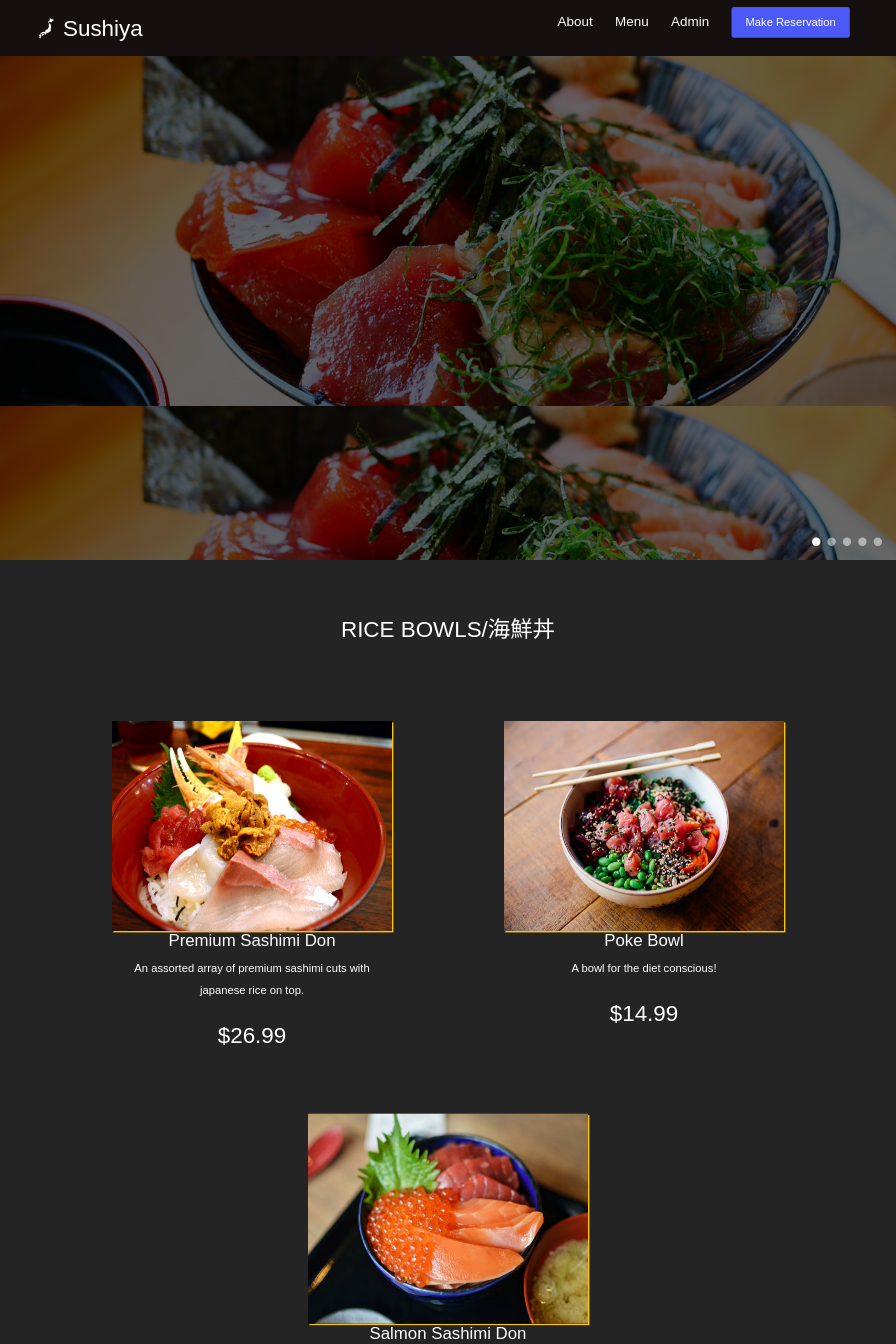
Repository: RuiXiong2211/Sushiroe
Page: /Menu
The author's editor kept a copy of each file at every save. The page is drawn from the files as they stood at one save, then again after the next save.
The browser window is 1280 px wide. The pictures show the part of the page from y = 0 to 1920 px (the page is 5128 px tall), at 70% of full size.
Pictures or frames that could not be fetched are drawn as grey boxes. The page's requests for data from a server got no answer. The project was rebuilt for these pictures with package versions that can differ from the ones it lists, and the page was loaded fresh each time. No one was signed in, and anything a server would have sent is missing. Also part of the build but not shown: src/components/InfoSection/InfoSection.elements.js, src/components/InfoSection/InfoSection.js, src/components/AdminDashboard/ResItem.elements.js, src/components/AdminDashboard/ResvItem.js, src/components/Reservation/Reservation.elements.js, src/components/AdminDashboard/EditFormElements.js, src/components/AdminDashboard/EditForm.js, src/components/AdminDashboard/AdminDashboard.elements.js and 8 more.

Above is the page before, as saved 2021-07-30 12:34:14.

### src/App.js
import { React, useEffect } from "react";
import "bootstrap/dist/css/bootstrap.min.css";
import { BrowserRouter as Router, Switch, Route } from "react-router-dom";
import { Navbar, Footer } from "./components";
import ScrollToTop from "./components/ScrollToTop";
import GlobalStyle from "./globalStyles";
import Home from "./pages/HomePage/Home";
import Menu from "./pages/Menu/Menu";
import Reservation from "./pages/Reservation/ReservationPage";
import Admin from "./pages/AdminDashboard/Dashboard";
import { useStore } from "./services/reservations";

function App() {
  const getAllReservation = useStore((state) => state.getReservations);
  const reservations = useStore((state) => state.reservations);

  useEffect(() => {
    getAllReservation();
  }, [getAllReservation]);

  useEffect(() => {
    console.log(reservations);
  }, [reservations]);

  return (
    <Router>
      <GlobalStyle />
      <ScrollToTop />
      <Navbar />
      <Switch>
        <Route path="/" exact component={Home} />
        <Route path="/Menu" exact component={Menu} />
        <Route path="/Reservation" render={(props) => <Reservation {...props} reservations={reservations} />} />
        <Route path="/Admin" render={(props) => <Admin {...props} reservations={reservations} />} />
      </Switch>
      <Footer />
    </Router>
  );
}

export default App;

### src/components/index.js
export { default as Navbar } from './Navbar/Navbar.js'
export { default as Footer } from './Footer/Footer.js'
export { default as InfoSection } from './InfoSection/InfoSection.js'
export { default as ImageSlider } from './ImageSlider/ImageSlider.js'
export { default as ProductSection } from './ProductSection/ProductSection.js'
export { default as AdminDashboard } from './AdminDashboard/AdminDashboard.js'

### src/components/ScrollToTop.js
import { useEffect } from 'react'
import { useLocation } from 'react-router-dom'

export default function ScrollToTop() {
    const { pathname } = useLocation()
    useEffect(() => {
        window.scrollTo(0, 0);
    },
    [pathname]
    )

    return null
}

### src/globalStyles.js
import styled, {createGlobalStyle} from 'styled-components'

const GlobalStyle = createGlobalStyle`
* {
    box-sizing: border-box;
    margin: 0;
    padding: 0;
    font-family: 'Source Sans Pro', sans-serif
}
`;

export const Container = styled.div`
    z-index: 1;
    width: 100%;
    max-width: 1300px;
    margin-right: auto;
    margin-left: auto;
    padding-right: 50px;
    padding-left: 50px;

    @media screen and (max-width: 991px) {
        padding-right: 30px;
        padding-left: 30px;
    }
`
export const Button = styled.button`
    border-radius: 4px;
    background: ${({primary}) => (primary ? '#4B59F7' : '#0467FB')};
    white-space: nowrap;
    padding: ${({big}) => (big ? '12px 64px' : '10px 20px')};
    color: #fff;
    font-size: ${({fontBig}) => (fontBig ? '20px' : '16px')};
    outline: none;
    border: none;
    cursor: pointer;

    &:hover {
        transition: all 0.3s ease-out;
        background: #fff;
        background: ${({primary}) => (primary ? '#0467FB' : '#4B59F7')};
    }

    @media screen and (max-width: 960px) {
        width: 100%;
    }
 `

export default GlobalStyle

### src/pages/Menu/Menu.js
import React from "react";
import { ImageSlider, ProductSection } from "../../components";
import {
  sliderData,
  productData,
  sushiData,
  drinksData,
} from "../../data/menu/Data";

const Menu = () => {
  return (
    <>
      <ImageSlider images={sliderData} />
      <ProductSection heading="RICE BOWLS/海鮮丼" data={productData} />
      <ProductSection heading="SUSHI/お寿司" data={sushiData} />
      <ProductSection heading="飲み物/DRINKS" data={drinksData} />
    </>
  );
};

export default Menu;

### src/services/reservations.js
import axios from "axios";
import emailjs from "emailjs-com";
import create from "zustand";

const baseUrl = "http://localhost:4000/app/reservation";

export const useStore = create((set) => ({
  reservations: [],
  getReservations: async () => {
    const response = await axios.get(baseUrl);
    set({ reservations: await response.data });
  },
  addReservation: (reservation) => {
    set((state) => ({
      reservations: [...state.reservations, { ...reservation }],
    }));
  },
  removeReservation: (id) => {
    set((state) => ({
      reservations: state.reservations.filter(
        (reservation) => id !== reservation.id
      ),
    }));
  },
  editReservation: (id, updatedReservation) => {
    set((state) => ({
      reservations: state.reservations.map((reservation) =>
        id === reservation.id ? updatedReservation : reservation
      ),
    }));
  },
}));

// export const createNewReservation = (reservation) => {
//   axios
//     .post(baseUrl, reservation)
//     .then((response) => console.log(response.data));
// };

export const createNewReservation = async (reservation) => {
  const response = await axios.post(baseUrl, reservation);
  return await response.data.id;
};

export const updateReservation = (id, reservation) => {
  axios.patch(`${baseUrl}/${id}`, reservation);
  //.then((response) => console.log(response.data));
};

export const sendConfirmationEmail = (emailParams) => {
  emailjs.send(
    "service_zzhbm1s",
    "template_yot0ajf",
    emailParams,
    "user_Rb1siOwIIlMA7ruNlgeYh"
  );
};

export const getReservations = async () => {
  const request = await axios.get(baseUrl);
  return request;
};

export const deleteReservation = async (id) => {
  await axios.delete(`${baseUrl}/${id}`);
};

getReservations().then((reservation) =>
  useStore.setState((state) => ({
    ...state,
    reservation,
  }))
);

### src/components/Navbar/Navbar.js
import React, { useState, useEffect } from "react";
import { Button } from '../../globalStyles';
import {
  Nav,
  NavbarContainer,
  NavLogo,
  NavIcon,
  MobileIcon,
  MobileIconButton,
  NavMenu,
  NavItem,
  NavLinks,
  NavItemBtn,
  NavBtnLink,
} from "./Navbar.elements";

const Navbar = () => {

  const [click, setClick] = useState(false)
  const [button, setButton] = useState(true)

  const handleClick = () => setClick(!click)
  const showButton = () => {
      if (window.innerWidth <= 960) {
          setButton(false)
      } else {
        setButton(true)

      }
  }

  useEffect(() => {
      showButton()
  }, [])

  window.addEventListener('resize', showButton);


  return (
    <>
      <Nav>
        <NavbarContainer>
          <NavLogo to="/">
            <NavIcon />
            Sushiya
          </NavLogo>
          <MobileIcon onClick={handleClick}>
            <MobileIconButton click={click} />
          </MobileIcon>
          <NavMenu onClick={handleClick} click={click}>
              <NavItem>
                  <NavLinks to='/'>
                      About
                  </NavLinks>
              </NavItem>
              <NavItem>
                  <NavLinks to='/Menu'>
                      Menu
                  </NavLinks>
              </NavItem>
              <NavItem>
                  <NavLinks to='/Admin'>
                      Admin
                  </NavLinks>
              </NavItem>
              <NavItemBtn>
                {button ? (
                  <NavBtnLink to='/Reservation'>
                    <Button primary>
                      Make Reservation
                      </Button>
                  </NavBtnLink>
                ) : (
                  <NavBtnLink to='/Reservation'>
                    <Button fontBig primary>
                      Make Reservation
                    </Button>
                  </NavBtnLink>
                )}
              </NavItemBtn>
          </NavMenu>
        </NavbarContainer>
      </Nav>
    </>
  );
};

export default Navbar;

### src/components/Footer/Footer.js
import React from "react";

import {
  FaFacebook,
  FaInstagram,
  FaYoutube,
  FaTwitter,
  FaLinkedin,
} from "react-icons/fa";

import {
  FooterContainer,
  SocialMedia,
  SocialMediaWrap,
  SocialLogo,
  SocialIcon,
  WebsiteRights,
  SocialIcons,
  SocialIconLink,
  ContactUs,
} from "./Footer.elements";

function Footer() {
  return (
    <FooterContainer>
      <SocialMedia>
        <SocialMediaWrap>
          <SocialLogo to="/">
            <SocialIcon />
            Sushiya
          </SocialLogo>
          <WebsiteRights>Sushiya © 2021</WebsiteRights>
          <SocialIcons>
            <SocialIconLink href="/" target="_blank" aria-label="Facebook">
              <FaFacebook />
            </SocialIconLink>
            <SocialIconLink href="/" target="_blank" aria-label="Instagram">
              <FaInstagram />
            </SocialIconLink>
            <SocialIconLink
              href=
                "https:youtube.com/"
              rel="noopener noreferrer"
              target="_blank"
              aria-label="Youtube"
            >
              <FaYoutube />
            </SocialIconLink>
            <SocialIconLink href="/" target="_blank" aria-label="Twitter">
              <FaTwitter />
            </SocialIconLink>
            <SocialIconLink href="/" target="_blank" aria-label="LinkedIn">
              <FaLinkedin />
            </SocialIconLink>
          </SocialIcons>
          <ContactUs>
          <strong>Opening Hours: </strong>
          Monday - Sunday,
          12:00 - 22:00
          <br/>
          <strong>Phone: </strong>
          (+65) 90122513
          <br/>
          <strong>Address: </strong>
          3 Jalan Mata Ayer, 759150
      </ContactUs>
        </SocialMediaWrap>
      </SocialMedia>
    </FooterContainer>
  );
}

export default Footer;

### src/components/ImageSlider/ImageSlider.js
import React, { useState, useEffect } from "react";
import {
  Wrapper,
  Slide,
  Gradient,
  ChildrenWrapper,
  IndicatorWrapper,
  Dot,
} from "./ImageSlider.elements";

const ImageSlider = ({
  images = [],
  autoPlay = true,
  autoPlayTime = 7000,
  children,
  ...props
}) => {
  const [currentSlide, setCurrentSlide] = useState(0);

  function nextSlide(slideIndex = currentSlide + 1) {
    const newSlideIndex = slideIndex >= images.length ? 0 : slideIndex;

    setCurrentSlide(newSlideIndex);
  }

  useEffect(() => {
    const timer = setTimeout(() => {
      nextSlide();
    }, autoPlayTime);

    return () => clearTimeout(timer);
  }, [currentSlide]);

  return (
    <Wrapper {...props}>
      {images.map((imageUrl, index) => (
        <Slide
          key={index}
          style={{
            backgroundImage: `url(${imageUrl.img})`,
            marginLeft: index === 0 ? `-${currentSlide * 100}%` : undefined,
          }}
        ></Slide>
      ))}
      <Gradient />
      <Indicator
        currentSlide={currentSlide}
        amountSlides={images.length}
        nextSlide={nextSlide}
      />
      <ChildrenWrapper>{children}</ChildrenWrapper>
    </Wrapper>
  );
};

const Indicator = ({ currentSlide, amountSlides, nextSlide }) => {
  return (
    <IndicatorWrapper>
      {Array(amountSlides)
        .fill(1)
        .map((_, i) => (
          <Dot
            key={i}
            isActive={currentSlide === i}
            onClick={() => nextSlide(i)}
          />
        ))}
    </IndicatorWrapper>
  );
};

export default ImageSlider;

### src/components/ProductSection/ProductSection.js
import React from 'react'
import {
    ProductsContainer,
    ProductWrapper,
    ProductsHeading,
    ProductTitle,
    ProductCard,
    ProductImg,
    ProductInfo,
    ProductDesc,
    ProductPrice,
} from './ProductSection.elements.js'

const ProductSection = ({heading, data}) => {
    return (
        <>
            <ProductsContainer>
            <ProductsHeading>{heading}</ProductsHeading>
            <ProductWrapper>
                {data.map((product, index) => {
                    return (
                        <ProductCard key={index}>
                            <ProductImg src={product.img} alt={product.alt} />
                            <ProductInfo>
                                <ProductTitle>{product.name}</ProductTitle>
                                <ProductDesc>{product.desc}</ProductDesc>
                                <ProductPrice>{product.price}</ProductPrice>
                            </ProductInfo>
                        </ProductCard>
                    )
                })}
            </ProductWrapper>
        </ProductsContainer>
        </>
    )
}

export default ProductSection

### src/components/Navbar/Navbar.elements.js
import styled from 'styled-components'
import { Container } from '../../globalStyles'
import { Link } from 'react-router-dom'
import { FaTimes, FaBars } from 'react-icons/fa'
import { GiJapan } from 'react-icons/gi'

export const Nav = styled.nav`
    background: #150f0f;
    height: 80px;
    display: flex;
    justify-content: center;
    align-items: center;
    font-size: 1.2rem;
    position: sticky;
    top: 0;
    z-index: 999;
`;

export const NavbarContainer = styled(Container)`
    display: flex;
    justify-content: space-between;
    height: 80px;

    ${Container}
`;

export const NavLogo = styled(Link)`
    color: #fff;
    justify-self: flex-start;
    cursor: pointer;
    text-decoration: none;
    font-size: 2rem;
    display: flex;
    align-items: center;
`;

export const NavIcon = styled(GiJapan)`
    margin-right: 0.5rem;
`;

export const MobileIcon = styled.div`
    display: none;

    @media screen and (max-width: 960px) {
        display: block;
        position: absolute;
        top: 0;
        right: 0;
        transform: translate(-100%, 60%);
        font-size: 1.8rem;
        cursor: pointer;
        color: #fff;
    }
`

export const MobileIconButton = ({click}) => {
    return (
        click ? <FaTimes /> : <FaBars />
    )
}

export const NavMenu = styled.ul`
    display: flex;
    align-items: center;
    list-style: none;
    text-align: center;

    @media screen and (max-width: 960px) {
        display: flex;
        flex-direction: column;
        width: 100%;
        height: 90vh;
        position: absolute;
        top: 80px;
        left: ${({click}) => (click ? 0 : '-100%')};
        opacity: 1;
        transition: all 0.5s ease;
        background: #101522;
    }
`

export const NavItem = styled.li`
    height: 80px;
    border-bottom: 2px solid transparent;

    &:hover {
        border-bottom: 2px solid yellow;
    }

    @media screen and (max-width: 960px) {
        width: 100%;

        &:hover {
            border: none;
        }
    }
`

export const NavLinks = styled(Link)`
    color: #fff;
    display: flex;
    align-items: center;
    text-decoration: none;
    padding: 0.5rem 1rem;
    height: 100%;

    @media screen and (max-width: 960px) {
        text-align: center;
        padding: 2rem;
        width: 100%;
        display: table;

        &:hover {
            color: #4b59f7;
            transition: all 0.3s ease;
        }
    }
`

export const NavItemBtn = styled.li`
  @media screen and (max-width: 960px) {
    display: flex;
    justify-content: center;
    align-items: center;
    width: 100%;
    height: 120px;
  }
`

export const NavBtnLink = styled(Link)`
  display: flex;
  justify-content: center;
  align-items: center;
  text-decoration: none;
  padding: 8px 16px;
  height: 100%;
  width: 100%;
  border: none;
  outline: none;
`

### src/components/Footer/Footer.elements.js
import styled from 'styled-components';
import { GiJapan } from 'react-icons/gi'
import { Link } from 'react-router-dom';

export const FooterContainer = styled.div`
  background-color: #101522;
  padding: 1rem 0 1rem 0;
  display: flex;
  flex-direction: column;
  justify-content: center;
  align-items: center;
`;

export const SocialMedia = styled.section`
  max-width: 1300px;
  width: 100%;
`;

export const SocialMediaWrap = styled.div`
  display: flex;
  justify-content: space-between;
  align-items: center;
  width: 90%;
  max-width: 1000px;
  margin: 40px auto 0 auto;
  @media screen and (max-width: 820px) {
    flex-direction: column;
  }
`;

export const SocialLogo = styled(Link)`
  color: #fff;
  justify-self: start;
  cursor: pointer;
  text-decoration: none;
  font-size: 2rem;
  display: flex;
  align-items: center;
  margin-bottom: 16px;
`;

export const SocialIcon = styled(GiJapan)`
  margin-right: 10px;
`;

export const WebsiteRights = styled.small`
  color: #fff;
  margin-bottom: 16px;
`;

export const SocialIcons = styled.div`
  display: flex;
  justify-content: space-between;
  align-items: center;
  width: 240px;
`;

export const SocialIconLink = styled.a`
  color: #fff;
  font-size: 24px;
`;

export const ContactUs = styled.div`
    color: #fff;
    font-size: 16px;
    padding: 0 0 1rem 0;
`

### src/components/ImageSlider/ImageSlider.elements.js
import styled from "styled-components";

export const Wrapper = styled.div`
  height: 100vh;
  display: flex;
  flex-wrap: nowrap;
  overflow-x: hidden;
  position: relative;
`;

export const Slide = styled.div`
  height: 100%;
  width: 100vw;
  flex-shrink: 0;
  background-position: fill;
  background-size: no-repeat;
  transition: 750ms all ease-in-out;
`;

export const ChildrenWrapper = styled.div`
  position: absolute;
  top: 50%;
  left: 50%;
  transform: translate(-50%, -50%);
`;

export const Gradient = styled.div`
  width: 100%;
  height: 100%;
  position: absolute;
  top: 0;
  left: 0;
  background-color: rgba(0, 0, 0, 0.6);
`;

export const IndicatorWrapper = styled.div`
  display: flex;
  flex-wrap: nowrap;
  position: absolute;
  bottom: 15px;
  right: 15px;
`;

export const Dot = styled.div`
  width: 12px;
  height: 12px;
  border-radius: 6px;
  background-color: white;
  opacity: ${(props) => (props.isActive ? 1 : 0.5)};
  margin: 5px;
  transition: 750ms all ease-in-out;
`;

### src/components/ProductSection/ProductSection.elements.js
import styled from 'styled-components'

export const ProductsContainer = styled.div`
  /* width: 100vw; */
  min-height: 100vh;
  padding: 5rem calc((100vw - 1300px) / 2);
  background: #242424;
  color: #fff;
`;

export const ProductWrapper = styled.div`
  display: flex;
  flex-wrap: wrap;
  justify-content: center;
  margin: 0 auto;
`;

export const ProductCard = styled.div`
  margin: 2rem 5rem;
  line-height: 2;
  width: 400px;
`;

export const ProductImg = styled.img`
  height: 300px;
  min-width: 400px;
  max-width: 400px;
  box-shadow: 2px 2px #fdc500;
`;

export const ProductsHeading = styled.h1`
  font-size: clamp(2rem, 2.5vw, 3rem);
  text-align: center;
  margin-bottom: 5rem;
`;

export const ProductTitle = styled.h2`
  font-weight: 400;
  font-size: 1.5rem;
`;

export const ProductInfo = styled.div`
  display: flex;
  flex-direction: column;
  justify-content: center;
  align-items: center;
  text-align: center;
`;

export const ProductDesc = styled.p`
  margin-bottom: 1rem;
`;

export const ProductPrice = styled.p`
  margin-bottom: 1rem;
  font-size: 2rem;
`;

Loaded but not shown: public/index.html (common file); src/index.js (common file); src/data/menu/Data.js (138 lines, source omitted)

After the next save:
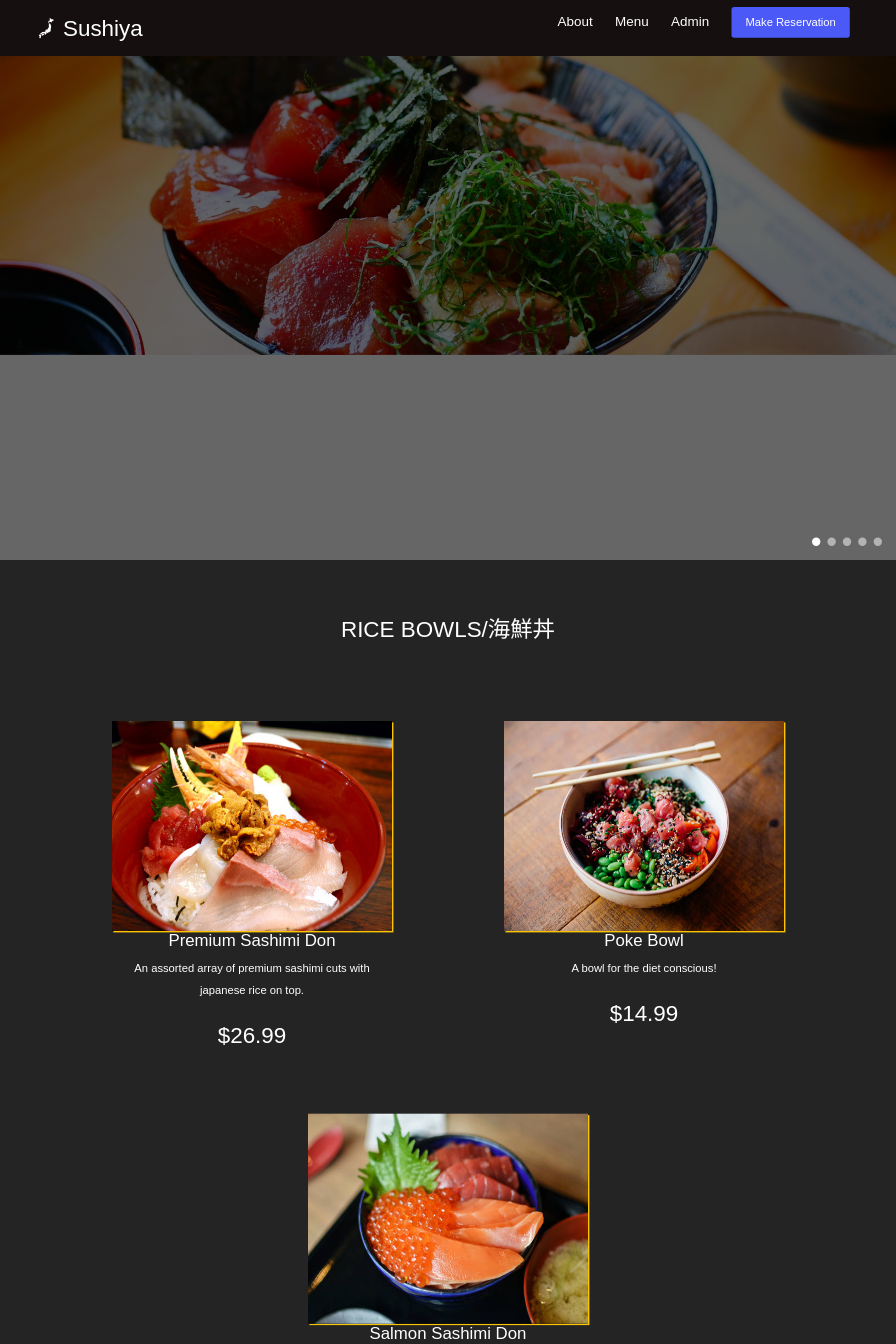
Saved 26 s later.
--- a/src/components/ImageSlider/ImageSlider.elements.js
+++ b/src/components/ImageSlider/ImageSlider.elements.js
@@ -13,7 +13,8 @@ export const Slide = styled.div`
   width: 100vw;
   flex-shrink: 0;
   background-position: fill;
-  background-size: no-repeat;
+  background-size: contain;
+  background-repeat: no-repeat;
   transition: 750ms all ease-in-out;
 `;
 
